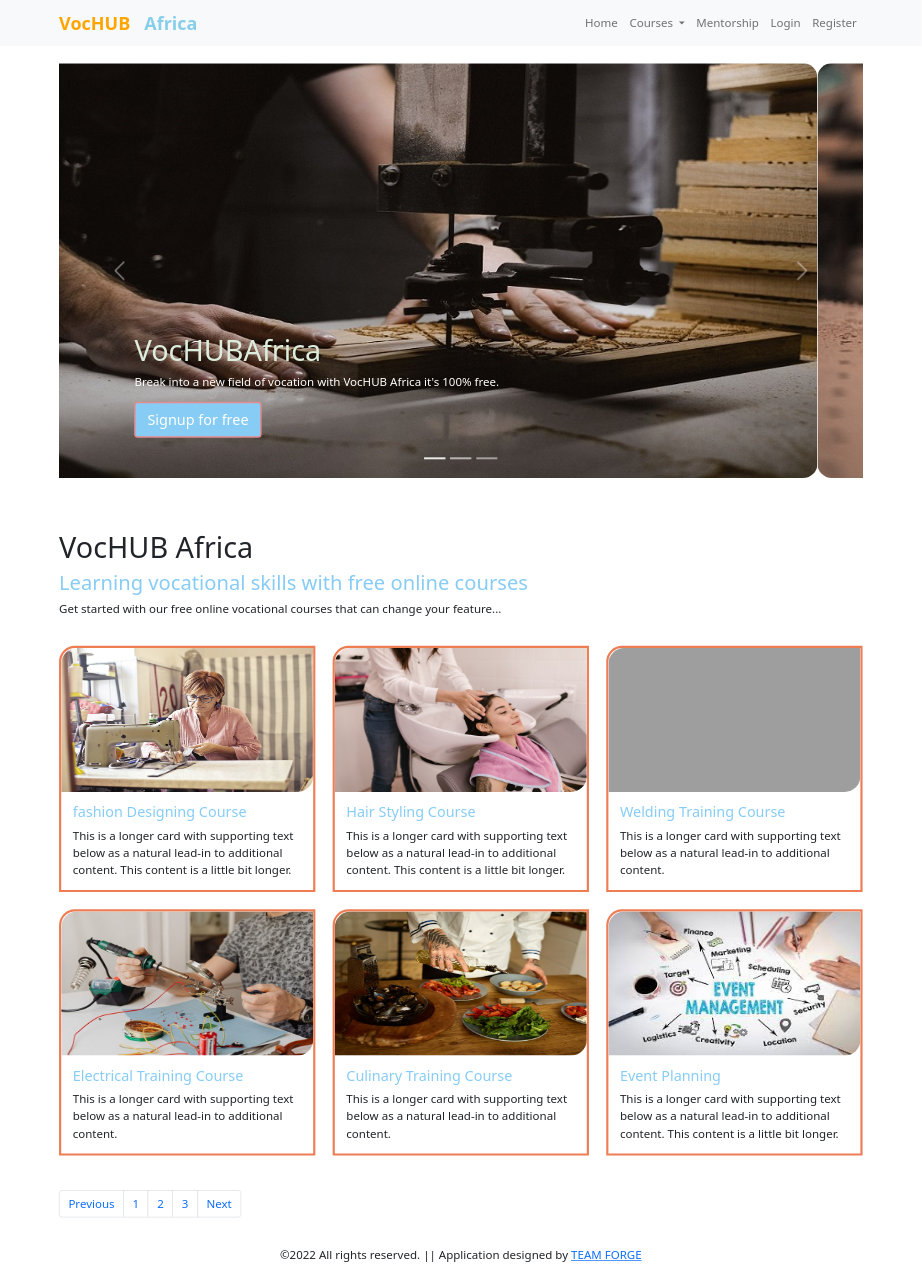
Repository: EKem01/VocHUB-Africa-Project
Page: / (app in client/)
These files come from the project's save history. The page is drawn as it stood at one moment and after the next save; the edit follows.
The browser window is 1280 px wide. The pictures show the whole page, at 72% of full size.
Pictures or frames that could not be fetched are drawn as grey boxes. The project was rebuilt for these pictures with package versions that can differ from the ones it lists, and the page was loaded fresh each time. Also part of the build but not shown: client/angular.json, client/src/app/components/login/login.component.ts, client/src/app/components/register/register.component.ts, client/src/app/components/courses/fashion-designing/fashion-designing.component.ts, client/src/app/components/courses/hair-styling/hair-styling.component.ts, client/src/app/components/dashboard/dashboard.component.ts, client/src/app/components/logout/logout.component.ts, client/src/app/components/mentorship/mentorship.component.ts.

Above is the page before, as saved 2022-06-13 23:38:19.

After the next save:
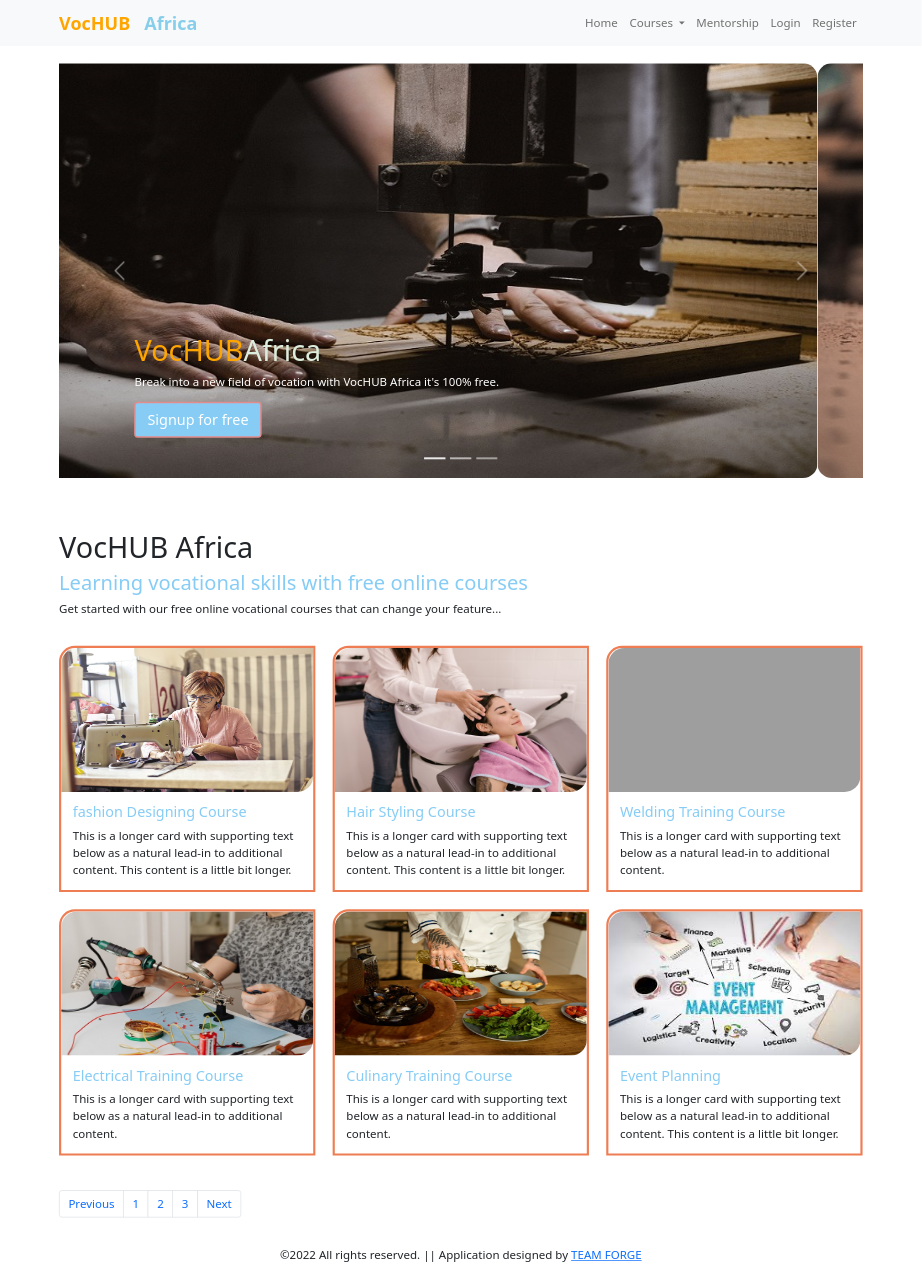
Saved 10 s later.
--- a/client/src/app/components/home/home.component.html
+++ b/client/src/app/components/home/home.component.html
@@ -11,7 +11,7 @@
 
       <div class="container">
         <div class="carousel-caption text-start">
-          <h1> <span style="color: ;">VocHUB</span> <span>Africa</span></h1>
+          <h1> <span style="color: orange;">VocHUB</span> <span>Africa</span></h1>
           <p >Break into a new field of vocation with VocHUB Africa it's 100% free.</p>
           <p><a class="btn btn-lg btn-primary course-btn" routerLink="/register">Signup for free</a></p>
         </div>
